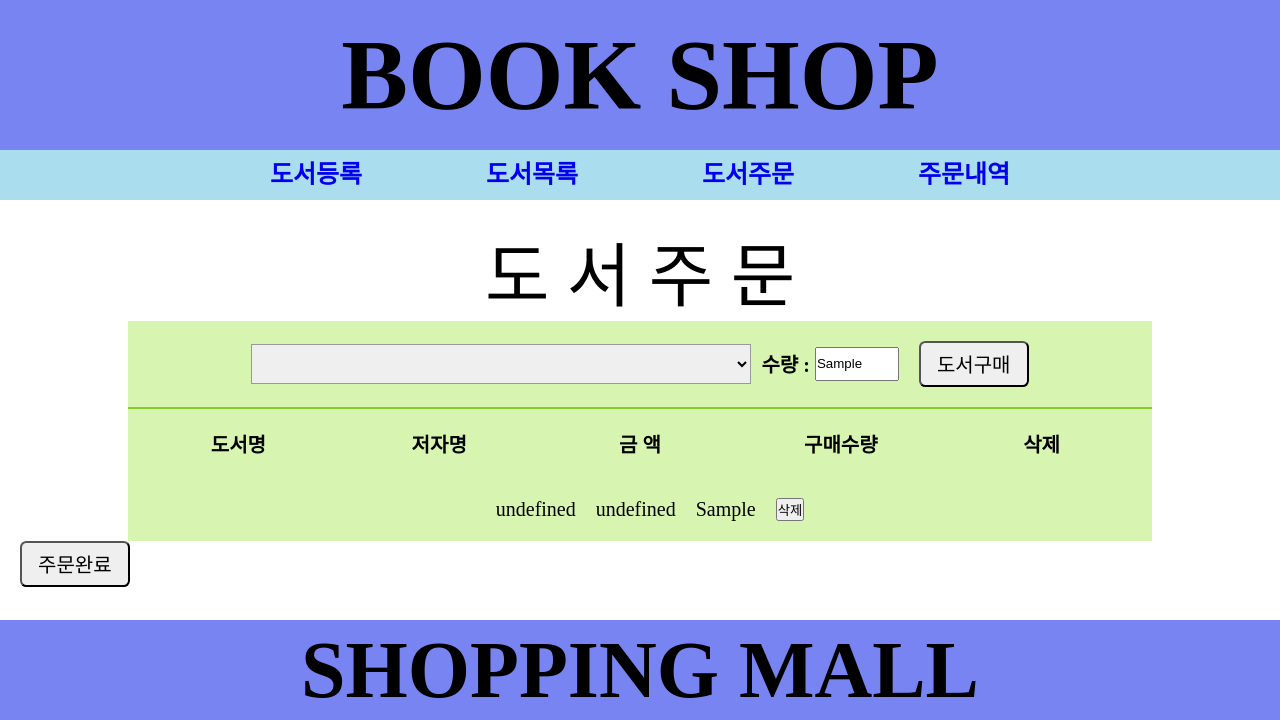
Repository: eunmiyo/BookShop
Page: http://localhost/Book/buy
An editor plug-in stored every save of this project. The page is shown before and after the next save, followed by the edit.
The browser window is 1280 px wide. The pictures show the whole page.
Empty fields were first filled with sample values (such as "Sample", 5 or name@example.com).
After loading, the first visible `button.btn` was clicked once.
The page is served by Tomcat 9. Other server files are loaded and not shown. Queries for data that is not in the repository find no rows.

Above is the page before, as saved 2022-12-29 07:47:33.

### Book/src/main/webapp/buy.jsp
<%@ page language="java" contentType="text/html; charset=UTF-8"
    pageEncoding="UTF-8"%>

<%@ taglib prefix="c" uri="http://java.sun.com/jsp/jstl/core"%>
<!DOCTYPE html>
<html>
<head>
<meta charset="UTF-8">
<title>Insert title here</title>

<meta http-equiv="X-UA-Compatible" content="IE=edge" />
<meta name="viewport" content="width=device-width, initial-scale=1.0" />
<link rel="stylesheet" href="style.css">
</head>
<body>
	<%@ include file="top.jsp"%>
		<table class="wap">
			<caption>도 서 주 문</caption>
			<tr class="bar">
				<td>
				<select name="select">
					<option></option>
				<c:forEach var="book" items="${bookList}" varStatus="status">
					<option value="${book.title} / ${book.writer} / ${book.price}">${book.title} / ${book.writer} / ${book.price}원</option>
				</c:forEach>
				</select>
				<b>수량 : </b>
				<input type="text" class="count" name="count">
				<button class="btn" type="button" onclick="bookadd();">도서구매</button>
				</td>
			</tr>

				<table class="buyList">
					<tr>
						<th>도서명</th>
						<th>저자명</th>
						<th>금 액</th>
						<th>구매수량</th>
						<th>삭제</th>
					</tr>

				</table>
					<form method="post" action="order">
						<input type="hidden" name="plus" value="cartList">
					<button class="btn" type="button" >주문완료</button>
					</form>
		</table>
	<%@ include file="footer.jsp"%>
	<script type="text/javascript" src="./jquery-3.6.3.js"></script>
	<script type="text/javascript" src="./script.js"></script>
</body>
</html>

### Book/src/main/webapp/top.jsp
<%@ page language="java" contentType="text/html; charset=UTF-8"
    pageEncoding="UTF-8"%>
<!DOCTYPE html>
<html>
<head>
<meta charset="UTF-8">
<title>Insert title here</title>
<link rel="stylesheet" href="style.css">
</head>
<body>
	<header>BOOK SHOP</header>
	<nav>
		<ul>
			<li><a href="add">도서등록</a></li>
			<li><a href="list">도서목록</a></li>
			<li><a href="buy">도서주문</a></li>
			<li><a href="order">주문내역</a></li>
		</ul>
	</nav>
</body>
</html>

### Book/src/main/webapp/footer.jsp
<%@ page language="java" contentType="text/html; charset=UTF-8"
    pageEncoding="UTF-8"%>
<!DOCTYPE html>
<html>
<head>
<meta charset="UTF-8">
<title>Insert title here</title>
<link rel="stylesheet" href="style.css">
</head>
<body>
	<footer>SHOPPING MALL</footer>
</body>
</html>

### Book/src/main/java/Controller/BookController.java
package Controller;

import java.io.IOException;
import java.io.PrintWriter;

import javax.servlet.ServletException;
import javax.servlet.annotation.WebServlet;
import javax.servlet.http.HttpServlet;
import javax.servlet.http.HttpServletRequest;
import javax.servlet.http.HttpServletResponse;

import DAO.BookDAO;

@WebServlet("/")
public class BookController extends HttpServlet {
	private static final long serialVersionUID = 1L;


    public BookController() {
        super();
    }

	protected void doGet(HttpServletRequest request, HttpServletResponse response) throws ServletException, IOException {
		request.setCharacterEncoding("UTF-8");
		doPro(request, response);
	}

	protected void doPost(HttpServletRequest request, HttpServletResponse response) throws ServletException, IOException {
		request.setCharacterEncoding("UTF-8");
		doPro(request, response);
	}

	protected void doPro(HttpServletRequest request, HttpServletResponse response) throws ServletException, IOException {
		String context = request.getContextPath(); // 톰캣의 ContextPath()를 가져온다.(server.xml에서 확인)
		String command = request.getServletPath(); // 경로에 맨 끝 파일명을 가져온다.
		String site = null;

		BookDAO book = new BookDAO();

		switch (command) {
		case "/" :
			site = "bookshop.jsp";
			break;
		case "/add" :
			site = "add.jsp";
			break;
		case "/insert" :
			int result = book.insert(request, response);
			response.setContentType("text/html; charset=UTF-8");
			PrintWriter out = response.getWriter();

			if(result == 1) {
				out.print("<script>");
				out.print("alert('상품이 정상적으로 등록 되었습니다!'); location.href='" + context + "/add';");
				out.print("</script>");
				out.flush();
			} else {
				out.print("<script>");
				out.print("alert('등록실패!'); location.href='" + context + "/add';");
				out.print("</script>");
				out.flush();
			}
			break;
		case "/list" :
			site = book.listAll(request, response);
			break;
		case "/delete" :
			int result2 = book.delete(request, response);
			response.setContentType("text/html; charset=UTF-8");
			out = response.getWriter();

			if(result2 == 1) { //삭제성공
				out.print("<script>");
				out.print("alert('상품삭제가 완료 되었습니다!'); location.href='" + context + "/list';");
				out.print("</script>");
				out.flush();
			} else {
				out.print("<script>");
				out.print("alert('삭제실패!'); location.href='" + context + "/list';");
				out.print("</script>");
				out.flush();
			}
		 break;
		case "/modify" :
			site = book.modify(request, response);
			break;
		case "/update" :
			int result3 = book.update(request, response);
			response.setContentType("text/html; charset=UTF-8");
			out = response.getWriter();

			if(result3 == 1) {
				out.print("<script>");
				out.print("alert('상품수정이 완료 되었습니다!'); location.href='" + context + "/list';");
				out.print("</script>");
				out.flush();
			} else {
				out.print("<script>");
				out.print("alert('수정실패!'); location.href='" + context + "/list';");
				out.print("</script>");
				out.flush();
			}
		 break;
		case "/buy" :
			site = book.buy(request, response);
			break;

		}

		getServletContext().getRequestDispatcher("/" + site).forward(request, response);
	}
}

### Book/src/main/java/DAO/BookDAO.java
package DAO;

import java.sql.Connection;
import java.sql.DriverManager;
import java.sql.PreparedStatement;
import java.sql.ResultSet;
import java.util.ArrayList;

import javax.servlet.http.HttpServletRequest;
import javax.servlet.http.HttpServletResponse;
import javax.servlet.http.HttpSession;

import DTO.Book;

public class BookDAO {
	Connection conn = null;
	PreparedStatement ps = null;
	ResultSet rs = null;

	public static Connection getConnection() throws Exception {
		Class.forName("oracle.jdbc.OracleDriver");
		Connection con = DriverManager
				.getConnection("jdbc:oracle:thin:@localhost:1521:xe", "test", "test1234");
		return con;
	}

	//상품등록
	public int insert(HttpServletRequest request, HttpServletResponse response) {
		String title = request.getParameter("title");
		String writer = request.getParameter("writer");
		int price = Integer.parseInt(request.getParameter("price"));
		int stock = Integer.parseInt(request.getParameter("stock"));
		int result = 0;

		try {
			conn = getConnection();
			String sql = "INSERT INTO BOOK_LIST VALUES(BOOK_SEQ.NEXTVAL, ?, ?, ?, ?)";
			ps = conn.prepareStatement(sql);
			ps.setString(1, title);
			ps.setString(2, writer);
			ps.setInt(3, price);
			ps.setInt(4, stock);

			result = ps.executeUpdate();

			conn.close();
			ps.close();

		} catch (Exception e) {
			e.printStackTrace();
		}
		return result;
	}

	//상품조회
	public String listAll(HttpServletRequest request, HttpServletResponse response) {
		ArrayList<Book> bookList = new ArrayList<Book>();

		 try {
			 conn = getConnection();
			 String sql = "SELECT * FROM BOOK_LIST ORDER BY BOOK_NO ASC";

			ps = conn.prepareStatement(sql);
			rs = ps.executeQuery();

			while(rs.next()) {
				Book book = new Book();
				book.setNo(rs.getInt(1));
				book.setTitle(rs.getString(2));
				book.setWriter(rs.getString(3));
				book.setPrice(rs.getInt(4));
				book.setStock(rs.getInt(5));

				bookList.add(book);
			}
			request.setAttribute("bookList", bookList);

			conn.close();
			rs.close();

		 	} catch (Exception e) {
				e.printStackTrace();
		 	}

		 return "list.jsp";
	}

	//상품삭제하기
	public int delete(HttpServletRequest request, HttpServletResponse response) {
		int result = 0;

		try {
			conn = getConnection();
			int no = Integer.parseInt(request.getParameter("no"));
			String sql = "DELETE FROM BOOK_LIST WHERE BOOK_NO = " + no;

			ps = conn.prepareStatement(sql);
			result = ps.executeUpdate(); //쿼리문 실행

			conn.close();
			ps.close();

		} catch (Exception e) {
			e.printStackTrace();
		}

		return result;
	}

	//상품수정 전 화면 보여주기
	public String modify(HttpServletRequest request, HttpServletResponse response) {
		try {
			conn = getConnection();
			int no = Integer.parseInt(request.getParameter("no"));

			String sql = "SELECT TITLE, WRITER, PRICE, STOCK FROM BOOK_LIST WHERE BOOK_NO = " + no;

			ps = conn.prepareStatement(sql);
			rs = ps.executeQuery();

			Book book = new Book();

			if(rs.next()) {
				book.setTitle(rs.getString(1));
				book.setWriter(rs.getString(2));
				book.setPrice(rs.getInt(3));
				book.setStock(rs.getInt(4));
			}

			request.setAttribute("book", book);

			conn.close();
			ps.close();
			rs.close();

		} catch (Exception e) {
			e.printStackTrace();
		}

		return "modify.jsp";
	}

	//상품수정
	public int update(HttpServletRequest request, HttpServletResponse response) {
		String title = request.getParameter("title");
		String writer = request.getParameter("writer");
		int price = Integer.parseInt(request.getParameter("price"));
		int stock = Integer.parseInt(request.getParameter("stock"));
		int result = 0;

		try {
			conn = getConnection();

			String sql = "UPDATE BOOK_LIST SET WRITER = ?, "
					+ "PRICE = ?, STOCK = ? "
					+ "WHERE TITLE = ? ";

			ps = conn.prepareStatement(sql);
			ps.setString(1,writer);
			ps.setInt(2, price);
			ps.setInt(3, stock);
			ps.setString(4, title);

			result = ps.executeUpdate();

			conn.close();
			ps.close();

		} catch (Exception e) {
			e.printStackTrace();
		}
		return result;
	}

	//구매 도서 리스트
	public String buy(HttpServletRequest request, HttpServletResponse response) {
		ArrayList<Book> bookList = new ArrayList<Book>();

		 try {
			 conn = getConnection();
			 String sql = "SELECT TITLE, WRITER, PRICE FROM BOOK_LIST";

			ps = conn.prepareStatement(sql);
			rs = ps.executeQuery();

			while(rs.next()) {
				Book book = new Book();
				book.setTitle(rs.getString(1));
				book.setWriter(rs.getString(2));
				book.setPrice(rs.getInt(3));

				bookList.add(book);
			}

			request.setAttribute("bookList", bookList);

			conn.close();
			rs.close();

		 	} catch (Exception e) {
				e.printStackTrace();
		 	}

		 return "buy.jsp";
	}

}

### Book/src/main/webapp/style.css
@charset "UTF-8";

* {
	margin: 0;
	padding: 0;
}

body {
	overflow: hidden;
}

header {
	top: 0;
	width: 100%;
	text-align: center;
	background: #7884F1;
	color: black;
	height: 150px;
	line-height: 150px;
	font-size: 100px;
	font-weight: bold;
}

nav ul {
	height: 50px;
	line-height: 50px;
	width: 100%;
	background: #AADEEE;
	color: black;
	text-align: center;
}

nav ul li {
	list-style: none;
	padding: 0 60px;
	display: inline-block;
	font-weight: bold;
	font-size: 25px;
}

section {
	position: absolute;
	overflow: auto;
	width: 100%;
	height: 100%;
	background: white;
}

a {
	text-decoration: none;
}

a:hover {
	cursor: pointer;
}

img {
	margin: auto;
    display: block;
    padding: 100px;
    width: 40%;
}

caption {
	font-size: 70px;
	margin-top: 20px;
	text-align: center;
}

table {
	padding-top: 50px;
	background: #D7F4B1;
	margin-left:auto;
    margin-right:auto;
    border-collapse: collapse;
	font-size: 20px;
	width: 50%;
}

.booklist{
	font-size: 15px;
	width: 80%;
	height: 90%;
}

.wap {
	border-collapse: collapse;
	width: 80%;
	height: 80%;
}

.buyList {
	border-collapse: collapse;
	width: 80%;
	height: 80%;
}



.bar {
	border-bottom: 2px solid #86CC2C;
}

tr, td, th {
	display: flex;
	justify-content: center;
	align-items: center;
	padding: 10px;
}

th{
	width: 20%;
}

.list{
	width: 20%;
	padding: 0;
}

input {
	height: 30px;
	width: 300px;
}

b {
	margin-left: 10px;
}

.count {
	margin-left: 5px;
	height: 30px;
	width: 80px;
}

.btn {
	padding: 0.4rem 1rem;
	border-radius: 0.4rem;
	font-size: 20px;
	margin-left: 20px;
	text-align: center;
}

.orderbtn {
	padding: 0.4rem 1rem;
	border-radius: 0.4rem;
	font-size: 20px;
	text-align: center;

}

select {
	width: 500px;
	padding: .8em .5em;
	border: 1px solid #999;
	font-family: inherit;
	border-radius: 0px;
}

footer {
	position: fixed;
	bottom: 0;
	width: 100%;
	text-align: center;
	background: #7884F1;
	color: black;
	height: 100px;
	line-height: 100px;
	font-size: 80px;
	font-weight: bold;
}

### Book/src/main/webapp/script.js
function fn_submit() {
	var f = document.frm;

	if(f.title.value == "") {
		alert("도서명이 입력되지 않았습니다!")
		f.title.focus();
		return false;
	}

	if(f.writer.value == "") {
		alert("저자명이 입력되지 않았습니다!")
		f.writer.focus();
		return false;
	}

	if(f.price.value == "") {
		alert("금액이 입력되지 않았습니다!")
		f.price.focus();
		return false;
	}

	if(f.stock.value == "") {
		alert("재고수량이 입력되지 않았습니다!")
		f.stock.focus();
		return false;
	}

	f.submit();
}

function chkDelete(no) {
	const result = confirm("삭제하시겠습니까?");

	if(result){
			const url = location.origin; //'http://localhost:8090'
			location.href = url + "/Book/delete?no=" + no; //페이지이동

		} else {
			return false;
		}
}

function bookadd() {
  var book = $(".bar select").val();
  var cnt = $(".count").val();
  var test = book.split("/");

  console.log(test[0]);
  console.log(test[1]);
  console.log(test[2]);

  var tdbookname = "<td>" + test[0] + "</td>";
  var tdbookperson = "<td>" + test[1] + "</td>";
  var tdbookprice = "<td>" + test[2] + "</td>";
  var tdbookcnt = "<td>" + cnt + "</td>";
  var tddelbtn = "<td><button>삭제</button></td>";

 var tr = "<tr>" + tdbookname + tdbookperson + tdbookprice + tdbookcnt + tddelbtn + "</tr>";

 var table = $(".buyList");
 table.append(tr);
}

Loaded but not shown: Book/src/main/webapp/jquery-3.6.3.js (library)

After the next save:
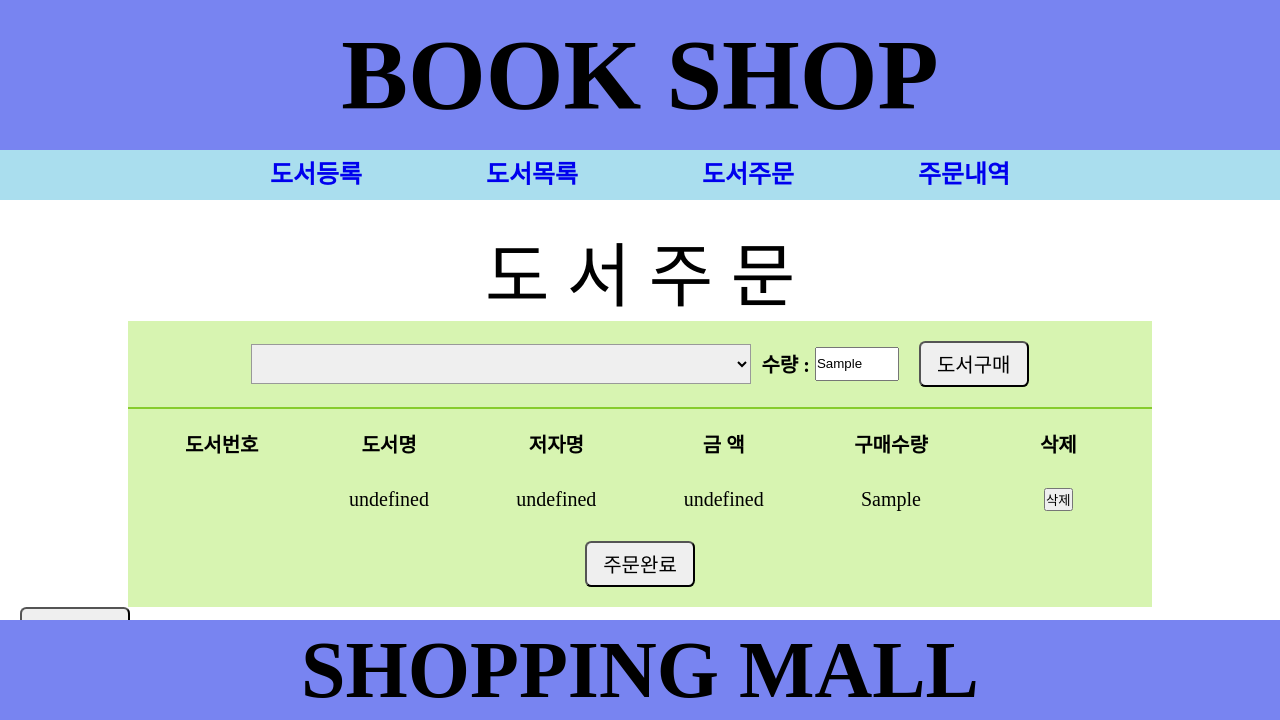
Saved 16 min 0 s later.
--- a/Book/src/main/webapp/script.js
+++ b/Book/src/main/webapp/script.js
@@ -1,3 +1,15 @@
+//장바구니 객체
+var Cart = function () {
+	this.no = 0; //책 번호
+	this.title = "제목"; //제목
+	this.writer = "작가"; //작가
+	this.price = 0; //가격
+	this.count = 0; //권수
+};
+
+var cart_list = []; //장바구니리스트
+var buy_index_list = []; //구매인덱스리스트
+
 function fn_submit() {
 	var f = document.frm;
 
@@ -40,23 +52,133 @@ function chkDelete(no) {
 		}
 }
 
+//도서등록
+
 function bookadd() {
-  var book = $(".bar select").val();
-  var cnt = $(".count").val();
-  var test = book.split("/");
+	var book = $(".bar select").val();
+	var cnt = $(".count").val();
+	var test = book.split("/");
 
-  console.log(test[0]);
-  console.log(test[1]);
-  console.log(test[2]);
+	var cart = new Cart();
 
-  var tdbookname = "<td>" + test[0] + "</td>";
-  var tdbookperson = "<td>" + test[1] + "</td>";
-  var tdbookprice = "<td>" + test[2] + "</td>";
-  var tdbookcnt = "<td>" + cnt + "</td>";
-  var tddelbtn = "<td><button>삭제</button></td>";
+	cart.no = test[0];
+	cart.title = test[1];
+	cart.writer = test[2];
+	cart.price = test[3];
+	cart.count = cnt;
 
- var tr = "<tr>" + tdbookname + tdbookperson + tdbookprice + tdbookcnt + tddelbtn + "</tr>";
+	cart_list.push(cart); //장바구니 리스트 추가
 
- var table = $(".buyList");
- table.append(tr);
+	bookdisplay(); //장바구니 리스트 화면 표시
 }
+
+//도서주문
+
+function bookdel(i) {
+	cart_list.splice(i,1); //장바구니 리스트에서 해당 값 삭제
+
+	bookdisplay(); //장바구니 리스트 화면 표시
+}
+
+function bookdisplay() {
+	var table = $(".buyList");
+	table.empty(); //기존 표시된 장바구니 리스트 삭제
+
+	//헤더 추가
+	var header = "<tr>";
+	header += "<th>도서번호</th>";
+	header += "<th>도서명</th>";
+	header += "<th>저자명</th>";
+	header += "<th>금 액</th>";
+	header += "<th>구매수량</th>";
+	header += "<th>삭제</th>";
+	header += "</tr>";
+
+	table.append(header); //장바구니 리스트 화면 표시
+
+	for(var i=0;i<cart_list.length; i++) {
+		var cart = cart_list[i];
+
+		var tdbookno = "<td class='list'>" + cart.no + "</td>";
+		var tdbookname = "<td class='list'>" + cart.title + "</td>";
+		var tdbookperson = "<td class='list'>" + cart.writer + "</td>";
+		var tdbookprice = "<td class='list'>" + cart.price + "</td>";
+		var tdbookcnt = "<td class='list'>" + cart.count + "</td>";
+		var tddelbtn = "<td class='list'><button onclick='bookdel("+i+");'>삭제</button></td>";
+
+		var tr = "<tr>" + tdbookno + tdbookname + tdbookperson + tdbookprice + tdbookcnt + tddelbtn + "</tr>";
+
+		table.append(tr); //장바구니 리스트 화면 표시
+	}
+
+	//푸터 추가
+	var footer = "<tr>";
+	footer += "<td colspan='5'>";
+	footer += "<button class='orderbtn' type='button' onclick='order();' >주문완료</button>";
+	footer += "</td>";
+	footer += "</tr>";
+
+	table.append(footer); //장바구니 리스트 화면 표시
+}
+
+function init_buy() {
+	bookdisplay();
+}
+
+function order() {
+	try {
+		buy_index_list = []; //구매인덱스리스트 초기화
+
+		//주문내역 리스트 가져오기
+		for(var i=0;i<cart_list.length; i++) {
+
+			var cart = cart_list[i];
+			//cart_list.splice(0,1); //(인덱스시작번호, 개수)만큼 지우기
+			//cart_list.shift(); //첫번재 값 지우기
+			//cart_list.pop(); //마지막 값 지우기
+
+			//console.log("출력="+ i + "/" + cart_list.length);
+
+			$.ajax({
+		        type:"POST",
+		        url:"/Book/cart",
+		        async: false, //동기화
+		        data : cart,
+		        success: function(htmlStr){
+		            if("OK" == htmlStr) {
+						//console.log("DB 저장 성공");
+		            	buy_index_list.push(i);
+		            } else {
+						//console.log("DB 저장 실패 1");
+						console.log(htmlStr);
+					}
+		        },
+		        error: function(xhr, status, error) {
+		            //console.log("DB 저장 실패 2");
+		            console.log(error);
+		        }
+		    });
+		}
+
+		alert("주문 총 "+cart_list.length+" 건 중 "+buy_index_list.length+" 건 완료되었습니다!");
+		cartdel(); //장바구니지우기
+	} catch (e) {
+		console.log(e);
+		alert("주문에 실패하였습니다");
+		cartdel(); //장바구니지우기
+	}
+}
+
+function cartdel() {
+	//장바구니 삭제 시 splice 를 사용한다
+	//중간에서 삭제할 경우 그 이후 인덱스 모두에 영향이 있다
+	//따라서, 제일 마지막 인덱스 부터 거꾸로 삭제를 한다
+	for (var i=buy_index_list.length;0<i; i--) {
+		var index = i-1; //인덱스는 0부터 시작이라 length 값보다 1이 작다
+		var del_i = buy_index_list[index]; //장바구니에서 삭제할 인덱스 번호 가져온다
+		cart_list.splice(del_i, 1); //장바구니삭제
+	}
+
+	buy_index_list = []; //구매인덱스리스트 초기화
+	bookdisplay();
+}
